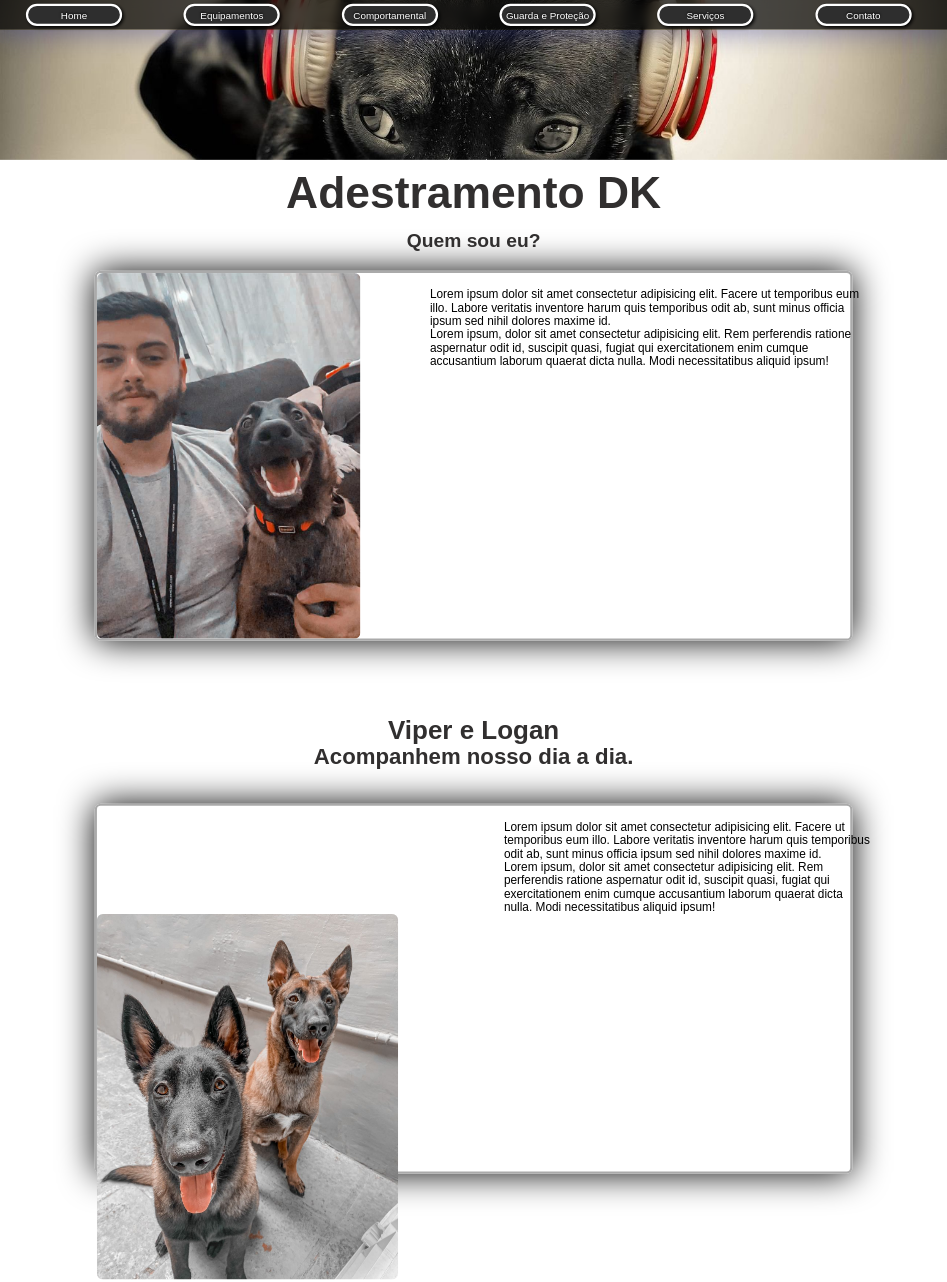
Repository: KevynMarques/Blog-React-StyledComponent
Page: /
These files come from the project's save history. The page is drawn as it stood at one moment and after a run of saves; the edit follows.
The browser window is 1280 px wide. The pictures show the whole page, at 74% of full size.
The project was rebuilt for these pictures with package versions that can differ from the ones it lists, and the page was loaded fresh each time.

Above is the page before, as saved 2022-02-01 19:09:36.

After the next 2 saves:
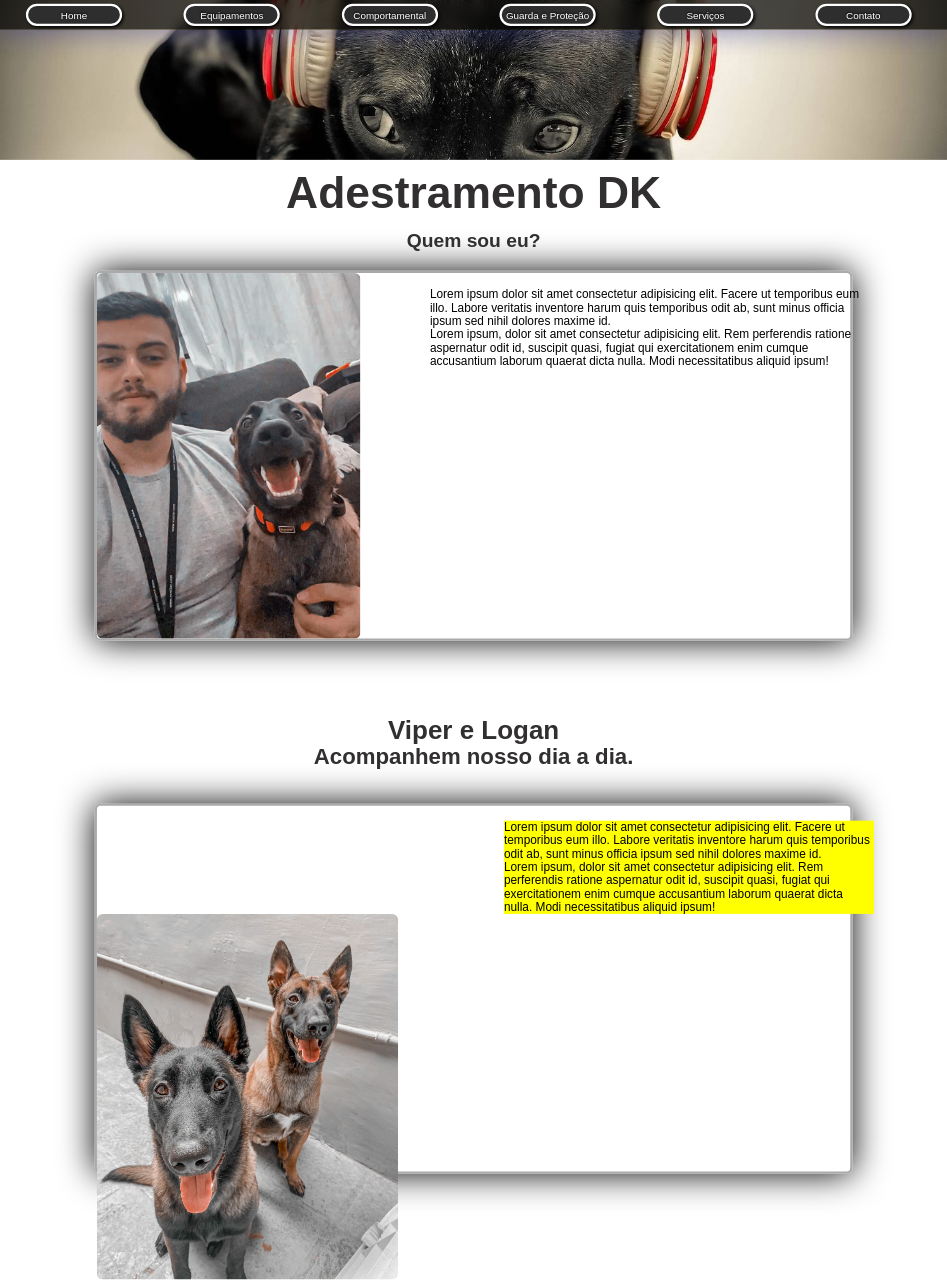
The 2 saves are shown as one change because they came seconds apart.
The last was saved 16 s later.
--- a/src/Components/Sobre/style.jsx
+++ b/src/Components/Sobre/style.jsx
@@ -75,5 +75,6 @@ p {
     margin-top: 20px;
     font-size: 16px;
     font-family: Arial, Helvetica, sans-serif;
+    background-color: yellow;
   }
 `;
